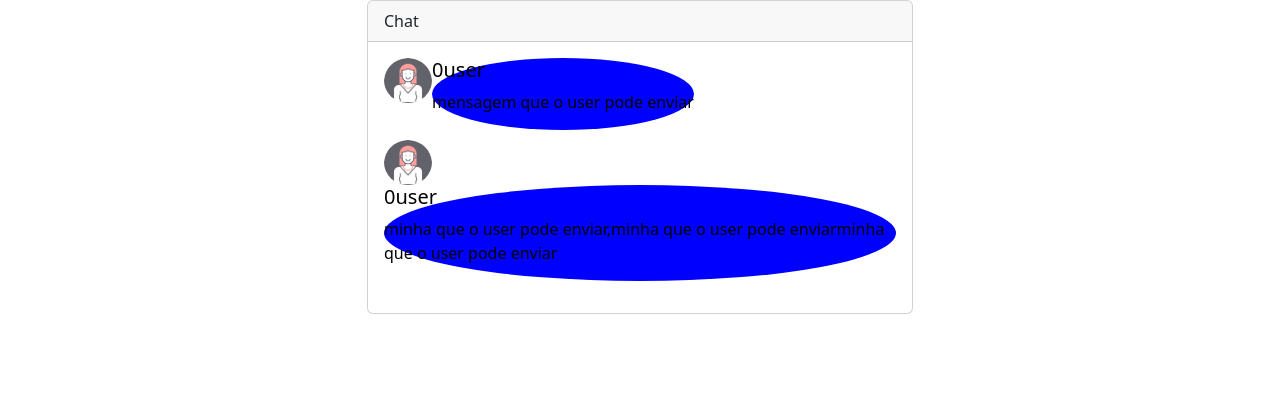
Repository: joaobatistafrontend/pref
Page: templates/chat_meninas copy.html
These files come from the project's save history. The page is drawn as it stood at one moment and after a run of saves; the edit follows.
The browser window is 1280 px wide. The pictures show the whole page.
The page is served by the project's application, run on Django 4.2 (manage.py). The template is opened directly, without the code that normally fills it, so the values that code supplies are empty.

Above is the page before, as saved 2024-07-29 16:47:10.

After the next 2 saves:
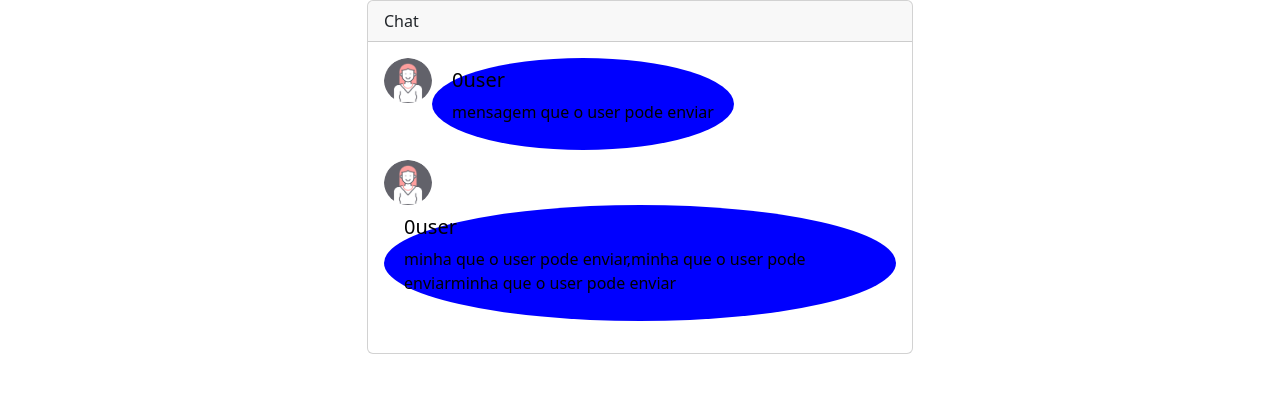
The 2 saves are shown as one change because they came seconds apart.
The last was saved 7 s later.
--- a/templates/chatMulher.css
+++ b/templates/chatMulher.css
@@ -21,5 +21,5 @@
     position: relative;
     border-radius: 50%;
     background-color: blue;
-    padding: ;
+    padding: 10px 20px;
 }
